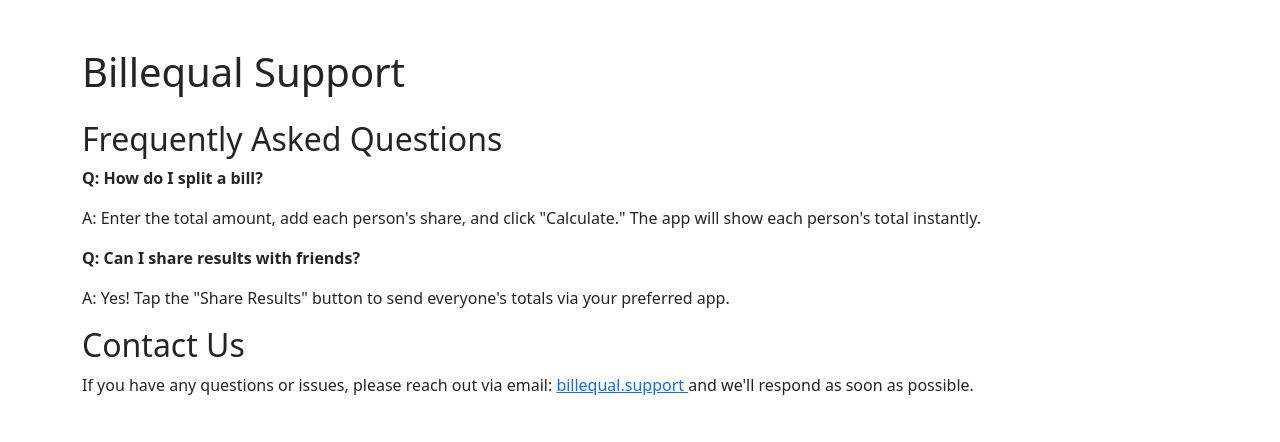
Repository: lyutok/iOS
Page: Billequal_landpage/support.html
These files come from the project's save history. The page is drawn as it stood at one moment and after the next save; the edit follows.
The browser window is 1280 px wide. The pictures show the whole page.

Above is the page before, as saved 2026-01-15 11:15:09.

### Billequal_landpage/support.html
<!DOCTYPE html>
<html lang="en">
<head>
  <meta charset="UTF-8">
  <meta name="viewport" content="width=device-width, initial-scale=1.0">
  <title>Billequal Support</title>
  <link
    href="https://cdn.jsdelivr.net/npm/bootstrap@5.2.3/dist/css/bootstrap.min.css"
    rel="stylesheet"
    integrity="sha384-rbsA2VBKQhggwzxH7pPCaAqO46MgnOM80zW1RWuH61DGLwZJEdK2Kadq2F9CUG65"
    crossorigin="anonymous"/>
</head>
<body class="container my-5">
  <h1 class="mb-4">Billequal Support</h1>

  <section>
    <h2>Frequently Asked Questions</h2>
    <p><strong>Q: How do I split a bill?</strong></p>
    <p>A: Enter the total amount, add each person&#39s share, and click &quot;Calculate.&quot; The app will show each person&#39s total instantly.</p>

    <p><strong>Q: Can I share results with friends?</strong></p>
    <p>A: Yes! Tap the &quot;Share Results&quot; button to send everyone&#39s totals via your preferred app.</p>
  </section>

  <section>
    <h2>Contact Us</h2>
    <p>If you have any questions or issues, please reach out via email:
        <a href="mailto:mila.liutok@gmail.com?subject=Billequal%20Support">
    billequal.support
    </a>
     and we&#39ll respond as soon as possible.</p>
  </section>
</body>
</html>

After the next save:
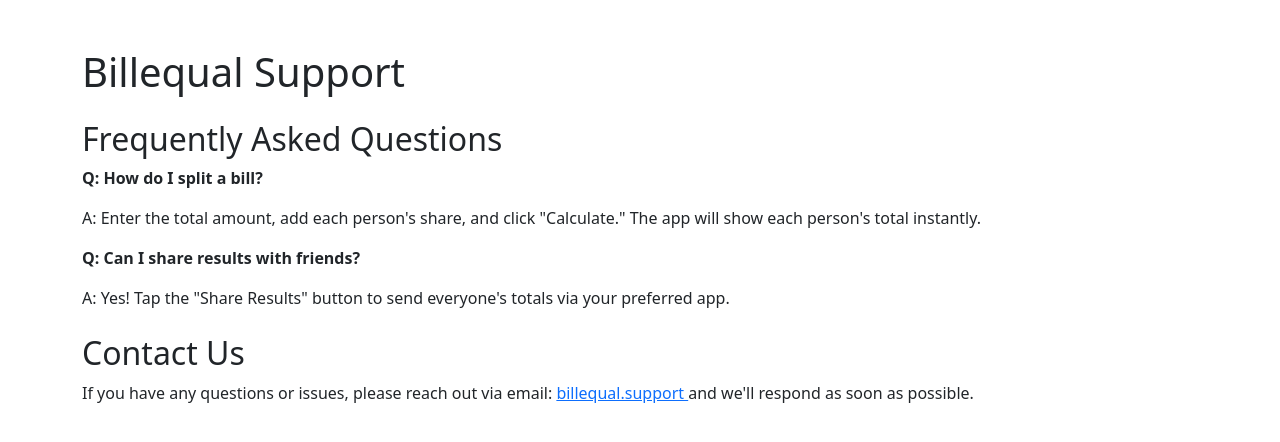
Saved 50 s later.
--- a/Billequal_landpage/support.html
+++ b/Billequal_landpage/support.html
@@ -14,7 +14,7 @@
   <h1 class="mb-4">Billequal Support</h1>
 
   <section>
-    <h2>Frequently Asked Questions</h2>
+    <h2 class="mt-4">Frequently Asked Questions</h2>
     <p><strong>Q: How do I split a bill?</strong></p>
     <p>A: Enter the total amount, add each person&#39s share, and click &quot;Calculate.&quot; The app will show each person&#39s total instantly.</p>
 
@@ -23,7 +23,7 @@
   </section>
 
   <section>
-    <h2>Contact Us</h2>
+    <h2 class="mt-4">Contact Us</h2>
     <p>If you have any questions or issues, please reach out via email:
         <a href="mailto:mila.liutok@gmail.com?subject=Billequal%20Support">
     billequal.support
